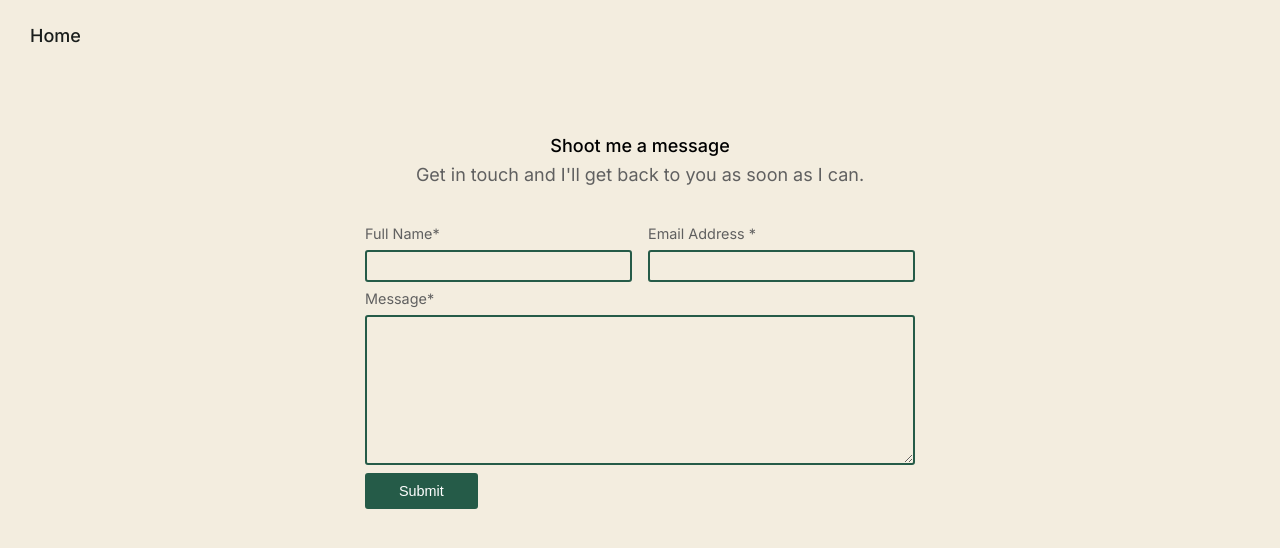
Repository: David-Waite/David-Waite-Portfolio
Page: /contact
An editor plug-in stored every save of this project. The page is shown before and after the next save, followed by the edit.
The browser window is 1280 px wide. The pictures show the whole page.
The project was rebuilt for these pictures with package versions that can differ from the ones it lists, and the page was loaded fresh each time. The framework's server and built-in components were replaced by stand-ins that run in the browser. Also part of the build but not shown: next.config.js, app/components/Nav/NavButton/navButton.module.css, app/components/Nav/NavButton/NavButton.tsx.

Above is the page before, as saved 2023-07-26 20:25:16.

### app/layout.tsx
import "./globals.css";
import type { Metadata } from "next";
import { Inter } from "next/font/google";
import Link from "next/link";
import NavBar from "./components/Nav/NavBar/NavBar";

const inter = Inter({ subsets: ["latin"] });

export const metadata: Metadata = {
  title: "Create Next App",
  description: "Generated by create next app",
};

export default function RootLayout({
  children,
}: {
  children: React.ReactNode;
}) {
  return (
    <html lang="en">
      <body className={inter.className}>
        <NavBar />
        {children}
      </body>
    </html>
  );
}

### app/contact/page.tsx
import { Metadata, NextPage } from "next/types";
import { Contact } from "../components/Contact/contact";

export const metadata: Metadata = {
  title: "David Waite | Contact ",
};

const ContactPage: NextPage = () => {
  return <Contact />;
};

export default ContactPage;

### app/globals.css
:root {
  --primary: #255b48;
  --black: #191d1b;
  --background: #f3eddf;
  --white: #ffffff;
  --grey: #606060;
  --error: #a83c23;
}

.paragraph {
  font-size: 18px;
  font-style: normal;
  font-weight: 400;
  line-height: 25.2px;
  color: var(--black);
}

body {
  background-color: var(--background);
}

* {
  padding: 0;
  margin: 0;
  box-sizing: border-box;
}

### app/components/Nav/NavBar/NavBar.tsx
"use client";
import NavButton from "../NavButton/NavButton";
import styles from "./navBar.module.css";
import { usePathname } from "next/navigation";

import Link from "next/link";

export default function NavBar() {
  const currentRoute = usePathname();

  return (
    <nav className={styles.container}>
      <Link href={`./${currentRoute === "/" ? "about" : "/"}`}>
        {currentRoute === "/" ? "About" : "Home"}
      </Link>

      {currentRoute !== "/contact" && <NavButton />}
    </nav>
  );
}

### app/components/Contact/contact.tsx
"use client";

import { FormEvent, useState } from "react";
import styles from "./contact.module.css";
import { useSearchParams } from "next/navigation";
export const Contact = () => {
  const [message, setMessage] = useState<string>("");
  const [status, setStatus] = useState<string>("idle");
  const [disabled, setDisabled] = useState<boolean>(false);
  const searchParams = useSearchParams();

  const onContactFormSubmit = async (e: FormEvent<HTMLFormElement>) => {
    e.preventDefault();
    setStatus("loading");
    const formData: { [key: string]: string } = {};
    const elements = e.currentTarget.elements as unknown as Array<
      HTMLInputElement | HTMLTextAreaElement | HTMLButtonElement
    >;

    Array.from(elements).forEach((field) => {
      if (!field.name) return;
      formData[field.name] = field.value;
    });

    await fetch("/contact/send", {
      method: "POST",
      body: JSON.stringify(formData),
    })
      .then((res) => res.json())
      .then((res) => {
        setMessage(res.message);
        setStatus(res.status);
        setDisabled(res.message.length > 0);
      });
  };

  return (
    <div className={styles.container}>
      <h1 className={styles.heading}>Shoot me a message</h1>
      <p className={styles.tagline}>
        Get in touch and I&apos;ll get back to you as soon as I can.
      </p>

      <form onSubmit={onContactFormSubmit}>
        {message.length > 0 ? (
          <div
            className={`paragraph ${styles.alert} ${
              status ? styles.alertSuccess : styles.alertError
            }`}
          >
            <span>{message}</span>
          </div>
        ) : null}
        <div className={styles.topForm}>
          <div className={styles.inputCon}>
            <label htmlFor="name">
              <span>Full Name*</span>
            </label>
            <input
              type="text"
              name="name"
              id="name"
              required
              disabled={disabled}
            />
          </div>
          <div className={styles.inputCon}>
            <label htmlFor="email">
              <span>Email Address *</span>
            </label>
            <input
              type="email"
              name="email"
              id="email"
              required
              disabled={disabled}
            />
          </div>
        </div>

        <div className={`${styles.message} ${styles.inputCon}`}>
          <label htmlFor="message">
            <span>Message*</span>
          </label>
          <textarea
            rows={3}
            name="message"
            id="message"
            required
            disabled={disabled}
          ></textarea>
        </div>

        <button
          type="submit"
          className={`${styles.button} ${
            status === "loading"
              ? styles.btnLoading
              : status === "error"
              ? styles.btnError
              : styles.btnSent
          }`}
          disabled={disabled}
        >
          {status === "idle"
            ? "Submit"
            : status === "loading"
            ? styles.btnLoading
            : status === "error"
            ? "Error"
            : "Sent"}
        </button>
      </form>
    </div>
  );
};

### app/components/Nav/NavBar/navBar.module.css
.container {
  display: flex;
  align-items: center;
  justify-content: space-between;
  height: 70px;
  padding: 0 30px;
}

.container a {
  color: var(--black);
  cursor: pointer;
  text-decoration: none;
  font-size: 18px;
  font-weight: 500;
}

### app/components/Contact/contact.module.css
.container {
  min-height: calc(100vh - 216px);
  display: flex;
  flex-direction: column;
  align-items: center;
  justify-content: center;
}

.container h1 {
  color: var(--back);
  font-weight: 500;
  font-size: 18px;
  margin-bottom: 8px;
}

.container p {
  text-align: center;
  margin-bottom: 40px;
  font-weight: 400;
  color: var(--grey);
  font-size: 18px;
}

.container form {
  display: flex;
  flex-direction: column;
  gap: 8px;
  position: relative;
}

.topForm {
  display: grid;
  grid-template-columns: 1fr 1fr;
  gap: 16px;
}

.inputCon {
  display: flex;
  flex-direction: column;
  gap: 8px;
}

.message textarea {
  background-color: var(--background);
  border: 2px solid var(--primary);
  border-radius: 3px;
  height: 150px;
  width: 550px;
  font-size: 16px;
  padding: 8px;
}
.inputCon label {
  color: var(--grey);
  font-size: 14.4px;
}

.inputCon input {
  background-color: var(--background);
  border: 2px solid var(--primary);
  border-radius: 3px;
  font-size: 16px;
  padding-left: 8px;
  height: 32px;
}

.inputCon select {
  height: 36px;
  font-size: 16px;
}

.container form button {
  border-radius: 3px;
  background: var(--background);
  border: 2px solid var(--primary);
  padding: 8px 32px;
  font-size: 14.4px;
  margin-right: auto;
  text-align: center;

  color: var(--primary);
  cursor: pointer;
}

.container form button:hover {
  background: var(--primary);
  color: var(--white);
}

.alert {
  position: absolute;
  top: -33px;
  left: 0px;
  color: var(--white);
  font-size: 16px;
  text-align: center;
  width: 100%;
  border-radius: 3px;
}

.alertSuccess {
  background-color: green;
}

.alertError {
  background-color: red;
}

.container form .btnLoading:hover {
  background: transparent;
  border-color: var(--primary);
  font-weight: 400;
  cursor: auto;
}

.container form .btnLoading {
  position: relative;

  background: transparent;
  border-color: var(--primary);

  cursor: pointer;
  color: transparent !important;
}

.container form .btnLoading::after {
  content: "";
  position: absolute;
  width: 16px;
  height: 16px;
  top: 0;
  left: 0;
  right: 0;
  bottom: 0;
  margin: auto;
  border: 3px solid var(--primary);
  border-top-color: transparent;
  border-radius: 50%;
  animation: button-loading-spinner 0.9s linear infinite;
}

@keyframes button-loading-spinner {
  from {
    transform: rotate(0deg);
  }
  to {
    transform: rotate(359deg);
  }
}

.btnSent {
  color: var(--white) !important;
  background-color: var(--primary) !important;
}

.btnError {
  color: var(--white) !important;
  background-color: var(--error) !important;
  border-color: var(--error) !important;
}

@media (max-width: 600px) {
  .container {
    padding: 10px;
  }
  .topForm {
    grid-template-columns: 1fr;
    gap: 8px;
  }
  .message textarea {
    width: calc(100vw - 38px);
  }
  .container form {
    width: 100%;
  }
}

After the next save:
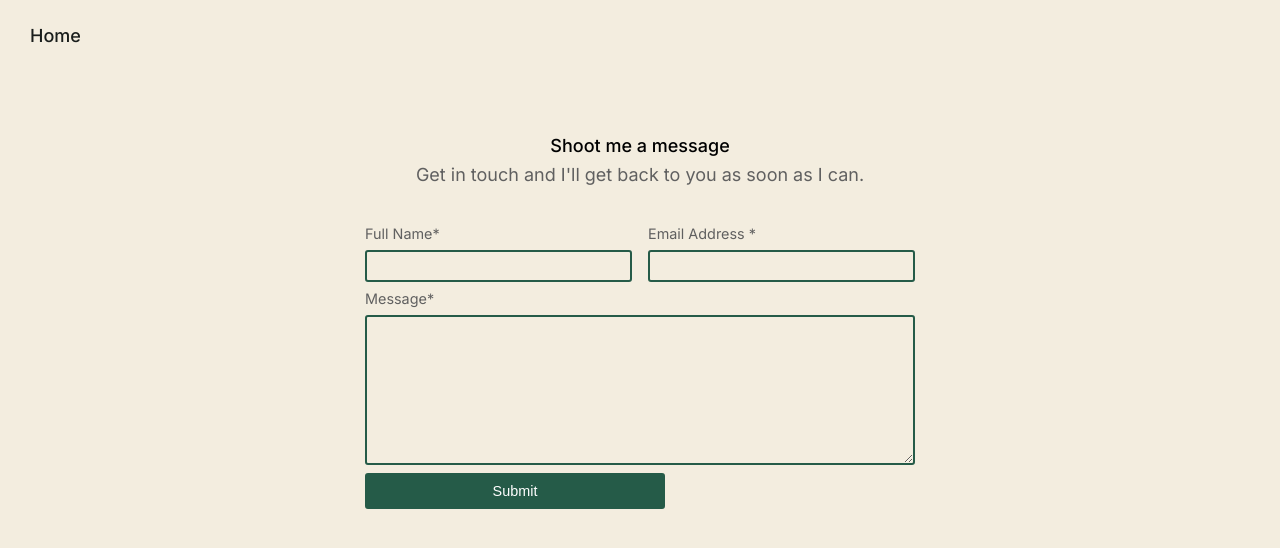
Saved 13 s later.
--- a/app/components/Contact/contact.module.css
+++ b/app/components/Contact/contact.module.css
@@ -76,7 +76,7 @@
   font-size: 14.4px;
   margin-right: auto;
   text-align: center;
-
+  width: 300px;
   color: var(--primary);
   cursor: pointer;
 }
